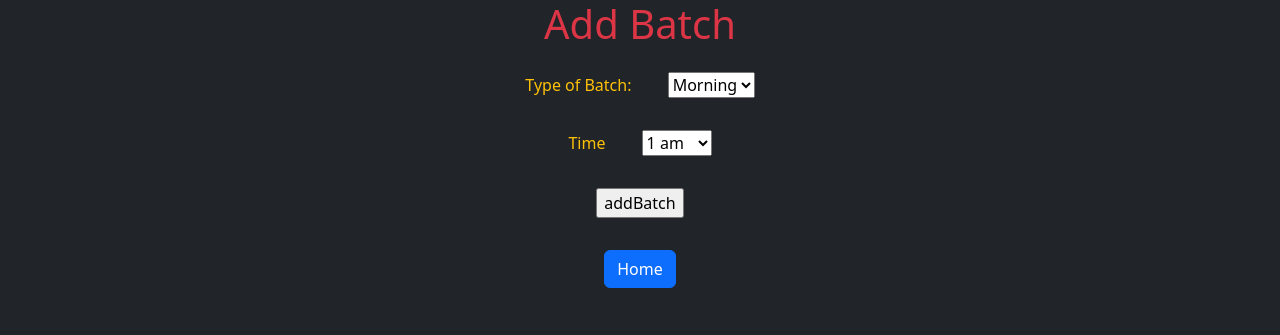
Repository: Jannis-Buschhaus/simplilearn-assessment-phase2
Page: http://localhost/FunfitWebapp/addBatch.jsp
An editor plug-in stored every save of this project. The page is shown before and after the next save, followed by the edit.
The browser window is 1280 px wide. The pictures show the whole page.
The page is served by Tomcat 9.

Above is the page before, as saved 2024-05-30 14:29:16.

After the next save:
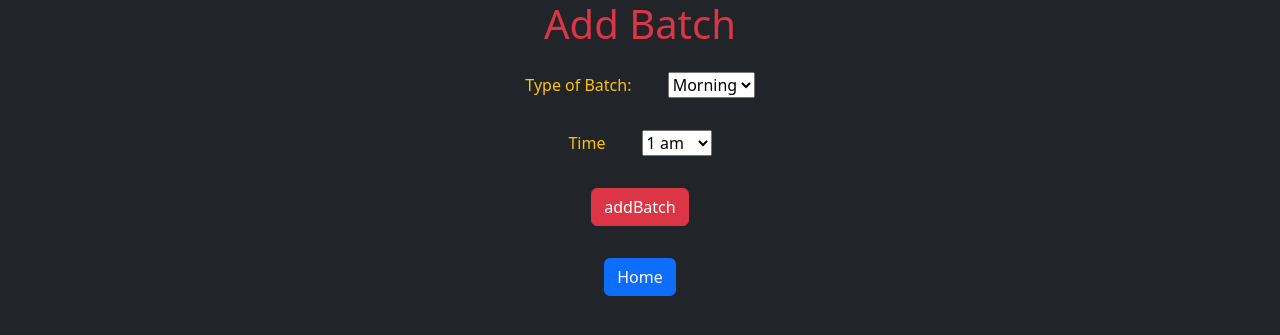
Saved 35 s later.
--- a/FunfitWebapp/src/main/webapp/addBatch.jsp
+++ b/FunfitWebapp/src/main/webapp/addBatch.jsp
@@ -25,7 +25,7 @@
 				<option value="<%=i%>pm"><%=i%> pm</option>
 			<% }%>
 		</select><br />
-		<input class="m-3" type="submit" value="addBatch" />
+		<input class="m-3 btn btn-danger" type="submit" value="addBatch" />
 		</form>
 		<a  class="btn btn-primary m-3" href="index.jsp">Home</a>
 	</div>
